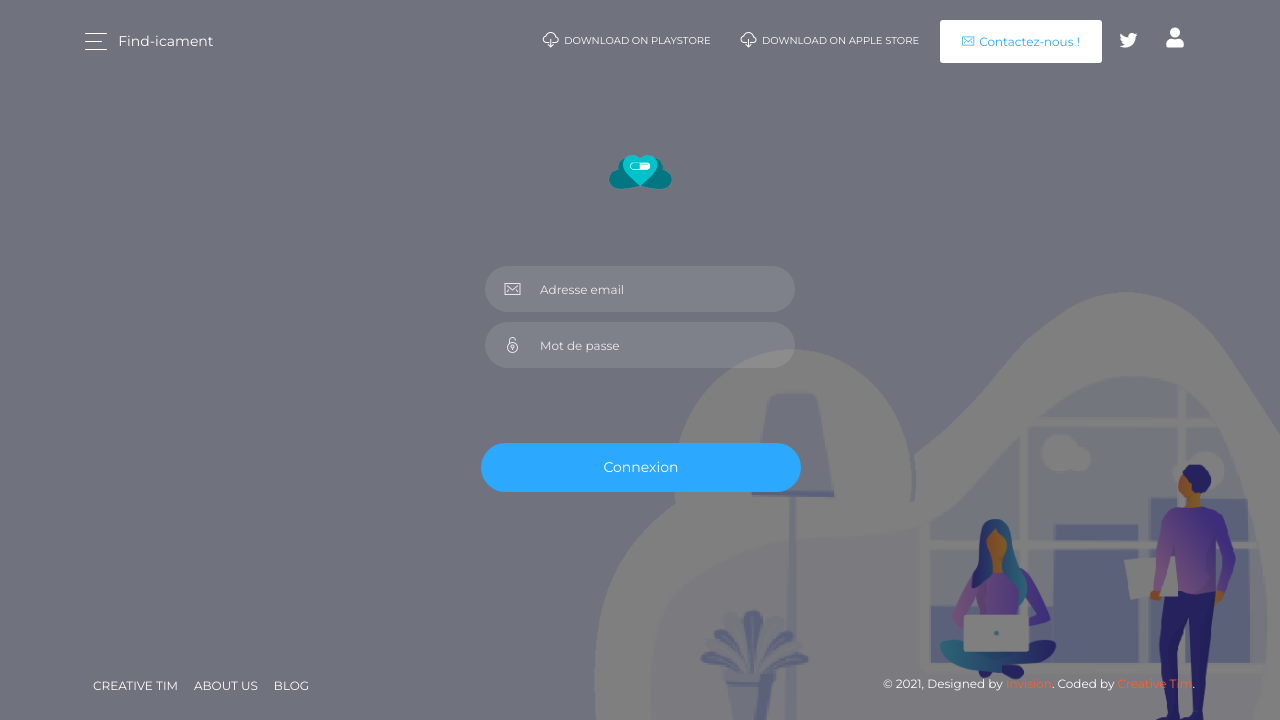
Repository: sdeschaepmeester/samanthawebsite
Page: /login-page
The author's editor kept a copy of each file at every save. The page is drawn from the files as they stood at one save, then again after the next save.
The browser window is 1280 px wide. The pictures show the whole page.
The project was rebuilt for these pictures with package versions that can differ from the ones it lists, and the page was loaded fresh each time. Also part of the build but not shown: src/assets/demo/nucleo-icons-page-styles.css, src/components/Navbars/IndexNavbar.js, src/components/Headers/IndexHeader.js, src/components/Footers/DarkFooter.js, src/views/index-sections/Images.js, src/views/index-sections/Introduction.js, src/views/index-sections/BasicElements.js, src/views/index-sections/Navbars.js and 20 more.

Above is the page before, as saved 2021-05-31 20:32:15.

After the next save:
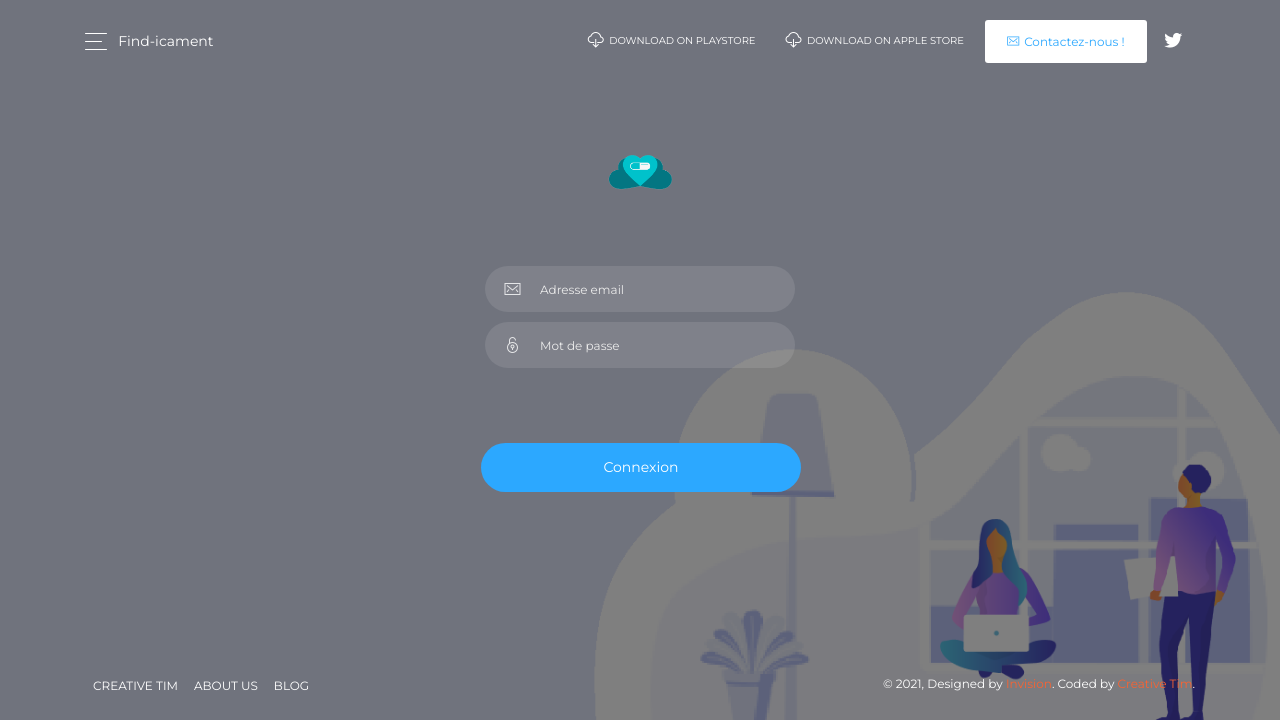
Saved 20 s later.
--- a/src/components/Navbars/NavbarLogin.js
+++ b/src/components/Navbars/NavbarLogin.js
@@ -172,17 +172,6 @@ function NavbarLogin() {
                   Suivez-nous sur Twitter
                 </UncontrolledTooltip>
               </NavItem>
-              <NavItem>
-              <NavLink
-                  to="/login-page"
-                  outline
-                  size="lg"
-                  tag={Link}
-                >
-                  <i style={{ fontSize: 20, float: "right" }} class="fas fa-user"></i>
-                  <p className="d-lg-none d-xl-none">Connexion</p>
-                </NavLink>
-              </NavItem>
             </Nav>
           </Collapse>
         </Container>
